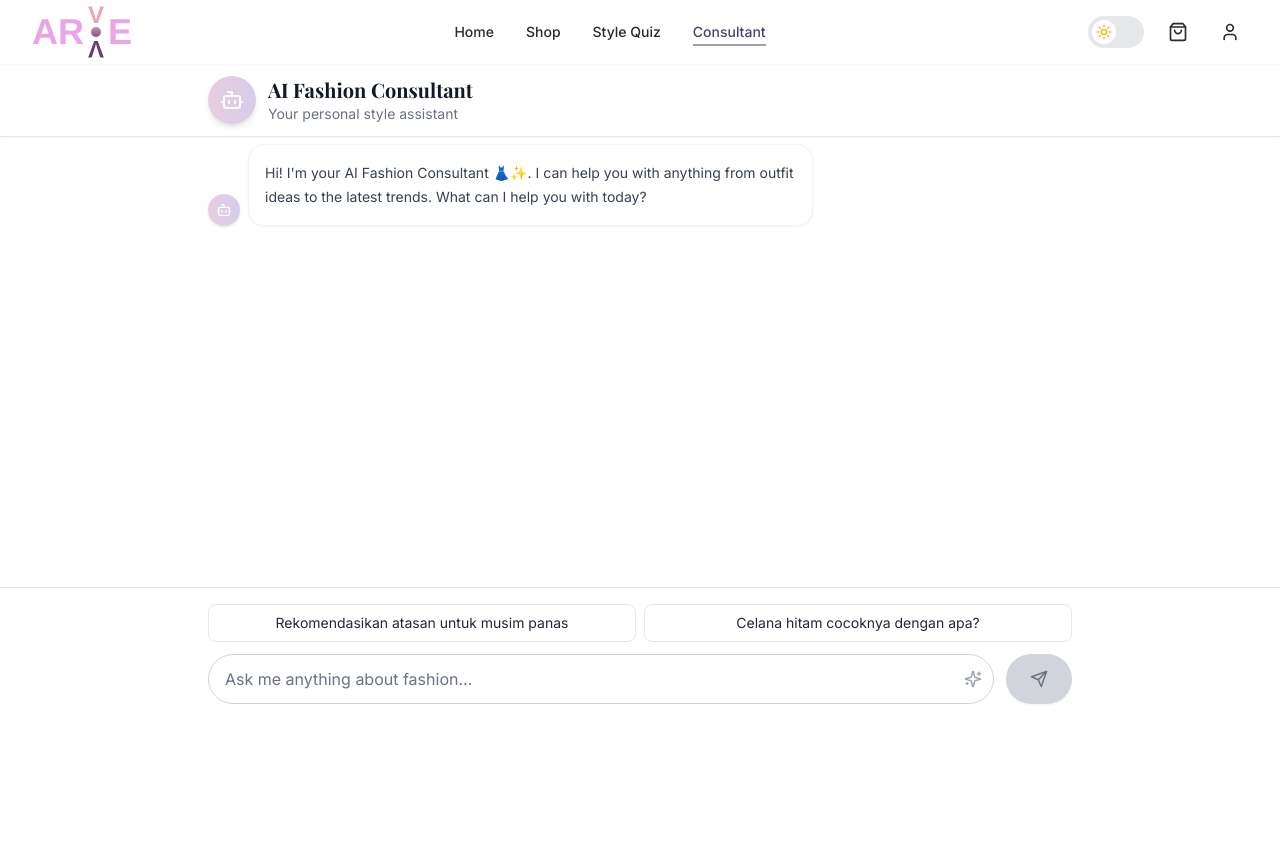
Repository: WhoIsR/Fashion-Web
Page: /consultant
An editor plug-in stored every save of this project. The page is shown before and after the next save, followed by the edit.
The browser window is 1280 px wide. The pictures show the whole page.
The project was rebuilt for these pictures with package versions that can differ from the ones it lists, and the page was loaded fresh each time. Also part of the build but not shown: vite.config.ts, src/components/Footer.tsx, src/components/ProductCard.tsx, src/pages/Home.tsx, src/pages/ProductCatalog.tsx, src/pages/ProductDetail.tsx, src/pages/ShoppingCart.tsx, src/pages/StyleQuiz.tsx.

Above is the page before, as saved 2025-08-22 08:11:44.

### index.html
<!doctype html>
<html lang="en">
  <head>
    <meta charset="UTF-8" />
    <link rel="icon" type="image/svg+xml" href="/vite.svg" />
    <meta name="viewport" content="width=device-width, initial-scale=1.0" />
    <title>ARVE - FindYourFit | Premium Fashion & Personal Styling</title>
    <link rel="preconnect" href="https://fonts.googleapis.com">
    <link rel="preconnect" href="https://fonts.gstatic.com" crossorigin>
    <link href="https://fonts.googleapis.com/css2?family=Inter:wght@300;400;500;600;700&family=Playfair+Display:wght@400;500;600;700&display=swap" rel="stylesheet">
  </head>
  <body>
    <div id="root"></div>
    <script type="module" src="/src/main.tsx"></script>
  </body>
</html>

### src/App.tsx
import React from 'react';
import { BrowserRouter as Router, Routes, Route, useLocation } from 'react-router-dom';
import { Toaster } from 'react-hot-toast';
import { CartProvider } from './context/CartContext';
import Navbar from './components/Navbar';
import Footer from './components/Footer';
import Home from './pages/Home';
import ProductCatalog from './pages/ProductCatalog';
import ProductDetail from './pages/ProductDetail';
import ShoppingCart from './pages/ShoppingCart';
import StyleQuiz from './pages/StyleQuiz';
import AIConsultant from './pages/AIConsultant';
import Checkout from './pages/Checkout';

// Komponen ini akan membungkus semua halaman dan mengatur layout
const AppLayout = () => {
  const location = useLocation();
  const showFooter = location.pathname !== '/consultant'; // Footer tidak akan muncul jika halaman adalah /consultant

  return (
    <div className="App bg-gradient-to-br from-purple-50 to-pink-50">
      <Toaster position="top-right" />
      <Navbar />
      <Routes>
        <Route path="/" element={<Home />} />
        <Route path="/catalog" element={<ProductCatalog />} />
        <Route path="/product/:id" element={<ProductDetail />} />
        <Route path="/cart" element={<ShoppingCart />} />
        <Route path="/quiz" element={<StyleQuiz />} />
        <Route path="/consultant" element={<AIConsultant />} />
        <Route path="/checkout" element={<Checkout />} />
      </Routes>
      {/* Footer hanya akan dirender jika showFooter bernilai true */}
      {showFooter && <Footer />}
    </div>
  );
};

// Komponen ScrollToTop tetap sama
const ScrollToTop = () => {
  const { pathname } = useLocation();
  React.useEffect(() => {
    window.scrollTo({ top: 0, left: 0, behavior: 'auto' });
  }, [pathname]);
  return null;
};

function App() {
  return (
    <CartProvider>
      <Router>
        <ScrollToTop />
        <AppLayout />
      </Router>
    </CartProvider>
  );
}

export default App;

### src/index.css
@tailwind base;
@tailwind components;
@tailwind utilities;

@layer base {
  * {
    box-sizing: border-box;
  }

  body {
    font-family: 'Inter', sans-serif;
    font-weight: 400;
    line-height: 1.6;
    @apply bg-white text-brand-text;
    @apply dark:bg-dark-background dark:text-dark-text;
  }

  h1, h2, h3, h4, h5, h6 {
    font-family: 'Playfair Display', serif;
    font-weight: 500;
    line-height: 1.2;
  }
}

/* Ganti @layer components yang lama dengan ini */
@layer components {
  .btn-primary {
    @apply bg-brand-purple-dark text-white px-8 py-3 rounded-full font-medium transition-all duration-300 hover:bg-opacity-90 hover:scale-[1.02] active:scale-[0.98];
    @apply dark:bg-dark-primary dark:text-dark-background;
  }

  .btn-secondary {
    @apply border border-brand-purple-dark text-brand-purple-dark px-8 py-3 rounded-full font-medium transition-all duration-300 hover:bg-brand-purple-dark hover:text-white hover:scale-[1.02] active:scale-[0.98];
    @apply dark:border-dark-primary dark:text-dark-primary dark:hover:bg-dark-primary dark:hover:text-dark-background;
  }

  .btn-accent {
    @apply bg-brand-pink text-brand-purple-dark px-8 py-3 rounded-full font-medium transition-all duration-300 hover:bg-opacity-90 hover:scale-[1.02] active:scale-[0.98];
  }

  .card-hover {
    @apply transition-all duration-300 hover:shadow-xl hover:-translate-y-1;
    @apply dark:hover:shadow-dark-primary/20;
  }

  .text-gradient {
    @apply bg-gradient-to-r from-brand-pink to-brand-purple-dark bg-clip-text text-transparent;
  }
}

/* Custom scrollbar */
::-webkit-scrollbar {
  width: 6px;
}

::-webkit-scrollbar-track {
  background: #f1f1f1;
  @apply dark:bg-dark-background;
}

::-webkit-scrollbar-thumb {
  background: #c1c1c1;
  border-radius: 3px;
  @apply dark:bg-gray-700;
}

::-webkit-scrollbar-thumb:hover {
  background: #a8a8a8;
  @apply dark:bg-gray-600;
}

/* Smooth scroll */
html {
  scroll-behavior: smooth;
}

/* Line clamp utility */
.line-clamp-1 {
  overflow: hidden;
  display: -webkit-box;
  -webkit-box-orient: vertical;
  -webkit-line-clamp: 1;
}

.line-clamp-2 {
  overflow: hidden;
  display: -webkit-box;
  -webkit-box-orient: vertical;
  -webkit-line-clamp: 2;
}

/* ===== CSS UNTUK LOGO ARVE ===== */

/* Container utama logo */
.logo-container {
  display: flex;
  align-items: center;
  text-decoration: none;
  /* Sebaiknya gunakan font yang lebih modern seperti sans-serif */
  font-family: 'Poppins', 'Helvetica Neue', Arial, sans-serif;
  font-weight: bold;
  gap: 4px; /* Jarak antar elemen: AR | V/./V | E */
}

/* Untuk teks 'AR' dan 'E' */
.logo-text {
  font-size: 2.25rem; /* Ukuran disesuaikan agar mirip dengan logo lama */
  line-height: 1;
  color: #EBA4E6; /* Warna Ungu Muda */
}

/* Bagian tengah logo (V, titik, V terbalik) */
.logo-middle {
  display: flex;
  flex-direction: column;
  align-items: center;
}

/* Huruf V di bagian atas */
.logo-v-top {
  font-size: 1.5rem; /* Ukuran V lebih kecil */
  line-height: 0.8;
  color: #ECA4BC; /* Warna Pink */
}

/* Titik di tengah */
.logo-dot {
  width: 10px;
  height: 10px;
  border-radius: 50%;
  background: linear-gradient(to bottom, #cf90a5, #824f7f);
  margin: 3px 0;
}

/* Huruf V terbalik di bawah */
.logo-v-bottom {
  font-size: 1.5rem;
  line-height: 0.8;
  transform: rotate(180deg);
  color: #6A4068; /* Warna Ungu Tua */
}

/* ===== CSS BARU UNTUK MASONRY GRID & UPDATE LAINNYA ===== */

/* Grid Masonry (Style Inspiration) */
.masonry-container {
  /* Untuk Desktop Besar: 4 kolom */
  column-count: 4;
  column-gap: 1.5rem; /* Jarak antar kolom */
}

.masonry-item {
  /* Mencegah item terpotong dan pindah ke kolom lain */
  break-inside: avoid;
  margin-bottom: 1.5rem; /* Jarak vertikal antar item */
  width: 100%;
}

/* Penyesuaian untuk layar lebih kecil (Responsive) */
@media (max-width: 1024px) {
  .masonry-container {
    /* Tablet: 3 kolom */
    column-count: 3;
  }
}

@media (max-width: 768px) {
  .masonry-container {
    /* Mobile: 2 kolom */
    column-count: 2;
    column-gap: 1rem;
    margin-bottom: 1rem;
  }
}

/* ===== CSS BARU UNTUK HERO BACKGROUND ===== */
@layer utilities {
  .hero-bg-animated {
    @apply bg-gradient-to-br from-brand-purple-dark via-brand-text to-brand-purple-dark bg-200% animate-subtle-gradient;
  }
}

/* Ensure proper navbar layering */
#root {
  position: relative;
}

/* Add space for fixed navbar */
.main-content {
  padding-top: 64px; /* Matches navbar height */
}

/* Mobile menu animation */
@keyframes fadeDown {
  from {
    opacity: 0;
    transform: translateY(-10px);
  }
  to {
    opacity: 1;
    transform: translateY(0);
  }
}

.animate-fadeDown {
  animation: fadeDown 0.2s ease-out forwards;
}

/* Improve touch interactions */
@media (max-width: 768px) {
  .touch-manipulation {
    touch-action: manipulation;
  }
}

### src/context/CartContext.tsx
import React, { createContext, useContext, useReducer, ReactNode } from 'react';

export interface Product {
  id: string;
  name: string;
  price: number;
  image: string;
  category: string;
  sizes: string[];
  colors: string[];
  description: string;
}

export interface CartItem extends Product {
  quantity: number;
  selectedSize: string;
  selectedColor: string;
}

interface CartState {
  items: CartItem[];
  total: number;
}

type CartAction =
  | { type: 'ADD_ITEM'; payload: CartItem }
  | { type: 'REMOVE_ITEM'; payload: string }
  | { type: 'UPDATE_QUANTITY'; payload: { id: string; quantity: number } }
  | { type: 'CLEAR_CART' };

const CartContext = createContext<{
  state: CartState;
  dispatch: React.Dispatch<CartAction>;
} | null>(null);

const cartReducer = (state: CartState, action: CartAction): CartState => {
  switch (action.type) {
    case 'ADD_ITEM':
      const existingItem = state.items.find(item =>
        item.id === action.payload.id &&
        item.selectedSize === action.payload.selectedSize &&
        item.selectedColor === action.payload.selectedColor
      );

      if (existingItem) {
        const updatedItems = state.items.map(item =>
          item.id === action.payload.id &&
          item.selectedSize === action.payload.selectedSize &&
          item.selectedColor === action.payload.selectedColor
            ? { ...item, quantity: item.quantity + action.payload.quantity }
            : item
        );
        return {
          items: updatedItems,
          total: updatedItems.reduce((sum, item) => sum + (item.price * item.quantity), 0)
        };
      }

      const newItems = [...state.items, action.payload];
      return {
        items: newItems,
        total: newItems.reduce((sum, item) => sum + (item.price * item.quantity), 0)
      };

    case 'REMOVE_ITEM':
      const filteredItems = state.items.filter(item => item.id !== action.payload);
      return {
        items: filteredItems,
        total: filteredItems.reduce((sum, item) => sum + (item.price * item.quantity), 0)
      };

    case 'UPDATE_QUANTITY':
      const updatedItems = state.items.map(item =>
        item.id === action.payload.id
          ? { ...item, quantity: action.payload.quantity }
          : item
      );
      return {
        items: updatedItems,
        total: updatedItems.reduce((sum, item) => sum + (item.price * item.quantity), 0)
      };

    case 'CLEAR_CART':
      return { items: [], total: 0 };

    default:
      return state;
  }
};

export const CartProvider = ({ children }: { children: ReactNode }) => {
  const [state, dispatch] = useReducer(cartReducer, { items: [], total: 0 });

  return (
    <CartContext.Provider value={{ state, dispatch }}>
      {children}
    </CartContext.Provider>
  );
};

export const useCart = () => {
  const context = useContext(CartContext);
  if (!context) {
    throw new Error('useCart must be used within a CartProvider');
  }
  return context;
};

### src/components/Navbar.tsx
import { useState, useEffect } from 'react';
import { Link, useLocation } from 'react-router-dom';
import { Menu, X, ShoppingBag, User } from 'lucide-react';
import { useCart } from '../context/CartContext';
import ThemeSwitcher from './ThemeSwitcher';

const Navbar = () => {
  const [isOpen, setIsOpen] = useState(false);
  const [isScrolled, setIsScrolled] = useState(false);
  const location = useLocation();
  const { state } = useCart();

  const navigation = [
    { name: 'Home', href: '/' },
    { name: 'Shop', href: '/catalog' },
    { name: 'Style Quiz', href: '/quiz' },
    { name: 'Consultant', href: '/consultant' },
  ];

  const isActive = (path: string) => location.pathname === path;

  // Add scroll effect
  useEffect(() => {
    const handleScroll = () => {
      setIsScrolled(window.scrollY > 20);
    };
    window.addEventListener('scroll', handleScroll);
    return () => window.removeEventListener('scroll', handleScroll);
  }, []);

  return (
    <nav className={`
      fixed w-full transition-all duration-300 backdrop-blur-sm
      ${isScrolled
        ? 'bg-white/75 dark:bg-dark-background/75 shadow-lg'
        : 'bg-white/95 dark:bg-dark-background/95'}
      border-b border-gray-100/50 dark:border-dark-border/50 z-[1000]
    `}>
      <div className="max-w-7xl mx-auto px-4 sm:px-6 lg:px-8">
        <div className="flex justify-between items-center h-16">
          {/* Logo with hover animation */}
          <Link to="/" className="logo-container group">
            <div className="flex items-center space-x-1 transition-transform duration-300 group-hover:scale-105">
              <span className="logo-text text-brand-text dark:text-dark-text">AR</span>
              <div className="logo-middle relative">
                <span className="logo-v-top text-brand-text dark:text-dark-text">V</span>
                <div className="logo-dot bg-brand-purple-dark dark:bg-dark-primary"></div>
                <span className="logo-v-bottom text-brand-text dark:text-dark-text">V</span>
              </div>
              <span className="logo-text text-brand-text dark:text-dark-text">E</span>
            </div>
          </Link>

          {/* Desktop Navigation with hover effects */}
          <div className="hidden md:flex items-center space-x-8">
            {navigation.map((item) => (
              <Link
                key={item.name}
                to={item.href}
                className={`
                  relative text-sm font-medium transition-all duration-200 py-1
                  ${isActive(item.href)
                    ? 'text-brand-purple-dark dark:text-dark-primary'
                    : 'text-brand-text dark:text-dark-text hover:text-brand-purple-dark dark:hover:text-dark-primary'}
                  group
                `}
              >
                {item.name}
                <span className={`
                  absolute bottom-0 left-0 w-full h-0.5
                  bg-brand-purple-dark/50 dark:bg-dark-primary/50 transform origin-left
                  transition-transform duration-300 ease-out
                  ${isActive(item.href) ? 'scale-x-100' : 'scale-x-0 group-hover:scale-x-100'}
                `}/>
              </Link>
            ))}
          </div>

          {/* Right Side Icons with animations */}
          <div className="flex items-center space-x-4">
            <ThemeSwitcher />
            <Link to="/cart" className="relative p-2 group">
              <ShoppingBag
                size={20}
                className={`
                  transform transition-all duration-200
                  text-brand-text dark:text-dark-text group-hover:text-brand-purple-dark dark:hover:text-dark-primary
                  group-hover:scale-110
                `}
              />
              {state.items.length > 0 && (
                <span className="absolute -top-1 -right-1 bg-brand-purple-dark dark:bg-dark-primary
                  text-white dark:text-dark-background text-xs rounded-full h-5 w-5
                  flex items-center justify-center
                  transform transition-transform duration-200
                  group-hover:scale-110 animate-pulse">
                  {state.items.reduce((sum, item) => sum + item.quantity, 0)}
                </span>
              )}
            </Link>

            <button className="p-2 group">
              <User
                size={20}
                className={`
                  transform transition-all duration-200
                  text-brand-text dark:text-dark-text group-hover:text-brand-purple-dark dark:hover:text-dark-primary
                  group-hover:scale-110
                `}
              />
            </button>

            {/* Mobile Menu Button */}
            <div className="md:hidden flex items-center">
              <button
                onClick={() => setIsOpen(!isOpen)}
                className="p-2 rounded-md text-brand-text dark:text-dark-text hover:bg-gray-100 dark:hover:bg-dark-card"
              >
                <span className="sr-only">Open main menu</span>
                {isOpen ? <X size={20} /> : <Menu size={20} />}
              </button>
            </div>
          </div>
        </div>

        {/* Mobile Menu */}
        <div className="md:hidden" id="mobile-menu">
          <div className={`px-2 pt-2 pb-3 space-y-1 sm:px-3 ${isOpen ? 'block' : 'hidden'}`}>
            {navigation.map((item) => (
              <Link
                key={item.name}
                to={item.href}
                onClick={() => setIsOpen(false)}
                className={`
                  block px-3 py-2 rounded-md text-base font-medium
                  transition-all duration-200
                  ${isActive(item.href)
                    ? 'bg-brand-purple-light/20 text-brand-purple-dark dark:bg-dark-primary/20 dark:text-dark-primary'
                    : 'text-brand-text dark:text-dark-text hover:bg-gray-50 dark:hover:bg-dark-card hover:text-brand-purple-dark dark:hover:text-dark-primary'}
                `}
              >
                {item.name}
              </Link>
            ))}
          </div>
        </div>
      </div>
    </nav>
  );
};

export default Navbar;

### src/components/ThemeSwitcher.tsx
import { useState, useEffect } from 'react';
import { Moon, Sun } from 'lucide-react';

const ThemeSwitcher = () => {
  const [isDarkMode, setIsDarkMode] = useState(() => {
    if (typeof window !== 'undefined') {
      const savedTheme = localStorage.getItem('theme');
      if (savedTheme) {
        return savedTheme === 'dark';
      }
      return window.matchMedia('(prefers-color-scheme: dark)').matches;
    }
    return false;
  });

  useEffect(() => {
    if (isDarkMode) {
      document.documentElement.classList.add('dark');
      localStorage.setItem('theme', 'dark');
    } else {
      document.documentElement.classList.remove('dark');
      localStorage.setItem('theme', 'light');
    }
  }, [isDarkMode]);

  const toggleTheme = () => {
    setIsDarkMode(!isDarkMode);
  };

  return (
    <button
      onClick={toggleTheme}
      className="relative inline-flex items-center h-8 w-14 rounded-full bg-gray-200 dark:bg-gray-700 transition-colors duration-300 focus:outline-none"
    >
      <span className="sr-only">Toggle theme</span>
      <span
        className={`${
          isDarkMode ? 'translate-x-7' : 'translate-x-1'
        } w-6 h-6 transform bg-white dark:bg-gray-900 rounded-full transition-transform duration-300 flex items-center justify-center`}
      >
        {isDarkMode ? (
          <Moon className="h-4 w-4 text-yellow-400" />
        ) : (
          <Sun className="h-4 w-4 text-yellow-500" />
        )}
      </span>
    </button>
  );
};

export default ThemeSwitcher;

Loaded but not shown: src/main.tsx (common file); tailwind.config.js (58 lines, source omitted); src/pages/AIConsultant.tsx (173 lines, source omitted); src/pages/Checkout.tsx (162 lines, source omitted); src/data/products.ts (194 lines, source omitted)

After the next save:
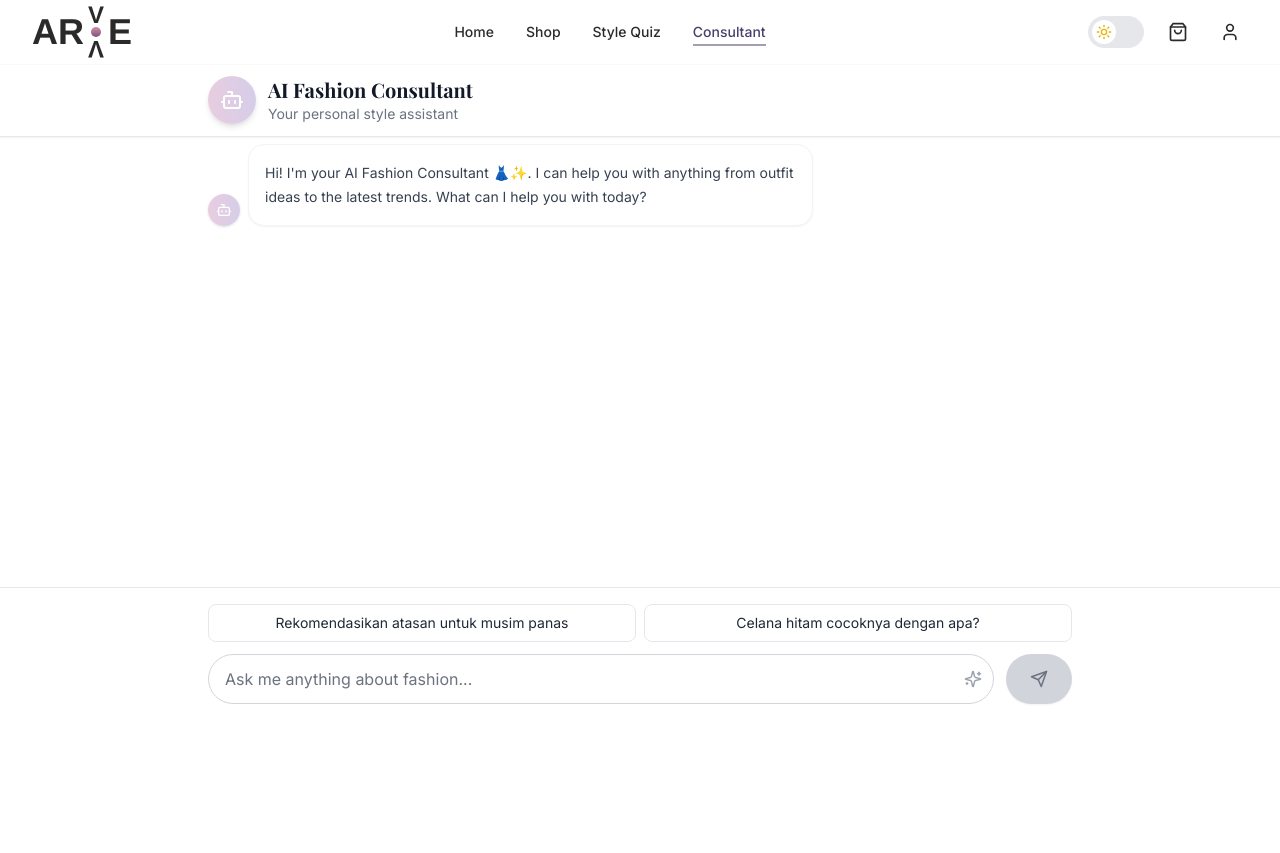
Saved 25 s later.
--- a/src/components/Navbar.tsx
+++ b/src/components/Navbar.tsx
@@ -41,13 +41,13 @@ const Navbar = () => {
           {/* Logo with hover animation */}
           <Link to="/" className="logo-container group">
             <div className="flex items-center space-x-1 transition-transform duration-300 group-hover:scale-105">
-              <span className="logo-text text-brand-text dark:text-dark-text">AR</span>
+              <span className="logo-text" style={{ color: '#2A2A2A' }}>AR</span>
               <div className="logo-middle relative">
-                <span className="logo-v-top text-brand-text dark:text-dark-text">V</span>
-                <div className="logo-dot bg-brand-purple-dark dark:bg-dark-primary"></div>
-                <span className="logo-v-bottom text-brand-text dark:text-dark-text">V</span>
+                <span className="logo-v-top" style={{ color: '#2A2A2A' }}>V</span>
+                <div className="logo-dot" style={{ backgroundColor: '#4A3F6D' }}></div>
+                <span className="logo-v-bottom" style={{ color: '#2A2A2A' }}>V</span>
               </div>
-              <span className="logo-text text-brand-text dark:text-dark-text">E</span>
+              <span className="logo-text" style={{ color: '#2A2A2A' }}>E</span>
             </div>
           </Link>
 
